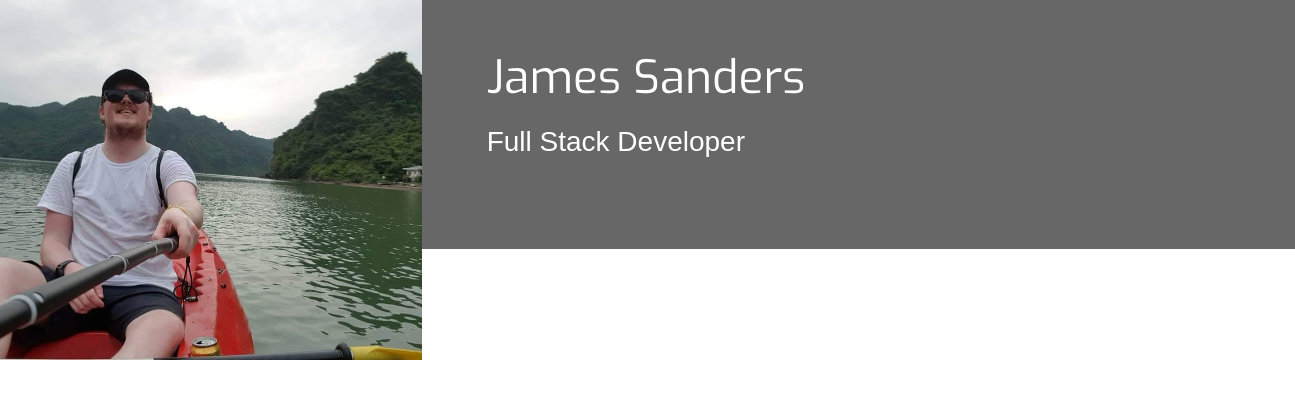
Repository: JaySanders95/my-online-resume
Page: index.html
These files come from the project's save history. The page is drawn as it stood at one moment and after the next save; the edit follows.
The browser window is 1280 px wide. The page is 1295 px wide, so the pictures cover 1295 px, including what lies to the right of the window. The pictures show the whole page.
Some web fonts or font styles are not loaded; a fallback is used. Some web libraries are served in a nearby version.

Above is the page before, as saved 2023-04-17 17:18:46.

### index.html
<!DOCTYPE html>
<html lang="en">
<head>
    <meta charset="UTF-8">
    <meta http-equiv="X-UA-Compatible" content="IE=edge">
    <meta name="viewport" content="width=device-width, initial-scale=1.0">
    <link rel="stylesheet" href="https://cdn.jsdelivr.net/npm/@fortawesome/fontawesome-free@6.2.1/css/fontawesome.min.css" integrity="sha384-QYIZto+st3yW+o8+5OHfT6S482Zsvz2WfOzpFSXMF9zqeLcFV0/wlZpMtyFcZALm" crossorigin="anonymous">
    <link rel="stylesheet" href="https://cdn.jsdelivr.net/npm/bootstrap@4.6.2/dist/css/bootstrap.min.css" integrity="sha384-xOolHFLEh07PJGoPkLv1IbcEPTNtaed2xpHsD9ESMhqIYd0nLMwNLD69Npy4HI+N" crossorigin="anonymous">
    <link rel="stylesheet" href="assets/css/style.css">
    <title>James Sanders' Resume</title>
</head>
<body>
    <header>
        <div class="row">
            <a href="index.html" class="col-md-4 logo">

            </a>
            <div class="col-md-8">
                <div class="row bg-color-name-title">
                    <div class="col heading">
                        <h1 class="name">James Sanders</h1>
                        <h2 class="title">Full Stack Developer</h2>

                    </div>
                </div>
                <div class="row">
                    <div class="col">
                        <ul id="nav" class="list-inline menucontainer">
                            <li class="col-6 col-sm-3 ui-menu-color-home list-inline-item">
                                <a href="#"><span>Home</span></a>
                            </li>
                            <li class="col-6 col-sm-3 ui-menu-color-resume list-inline-item">
                                <a href="#"><span>Resume</span></a>
                            </li>
                            <li class="col-6 col-sm-3 ui-menu-color-contact list-inline-item">
                                <a href="#"><span>Contact</span></a>
                            </li>
                            <li class="col-6 col-sm-3 ui-menu-color-download list-inline-item">
                                <a href="#"><span>Download</span></a>
                            </li>
                        </ul>
                    </div>
                </div>
            </div>
        </div>
    </header>
    <section>

    </section>
    <footer>

    </footer>
    <script src="https://kit.fontawesome.com/c80cd6a143.js" crossorigin="anonymous"></script>
</body>
</html>

### assets/css/style.css
@import url('https://fonts.googleapis.com/css2?family=Anuphan:100,200,300,400,500,600,700wght@300&family=Exo:100,200,300,400,500,600,700ital,wght@1,300&display=swap');
.bg-color-name-title {
    background-color:#676767;
}


.ui-menu-color-home {
    background-color: #e67e22;
}

.ui-menu-color-resume {
    background-color: #1e6900;
}

.ui-menu-color-contact {
    background-color: #035381;
}

.ui-menu-color-download {
    background-color: #202020;
}

header {
    margin: 0;
}

.heading {
    margin-left: 50px;
}

.logo {
    background: url(../images/me.png);
    background-position: center;
    background-repeat: no-repeat;
    background-size: cover;
    min-height: 360px;
    transition: all .5s ease-in-out;
    -moz-transition: all .5s ease-in-out;
    -webkit-transition: all .5s ease-in-out;
}

.name {
    font-family: 'Exo', sans-serif;
    font-weight: 100;
    font-size: 46px;
    margin-top: 50px;
    color: #fff;
}

.title {
    font-family: 'Anuphan', sans-serif;
    font-weight: 200;
    font-size: 28px;
    margin-top: 20px;
    margin-bottom: 90px;
    color: #fff;
}

.list-inline-item:not(:last-child) {
    margin: 0;
}

.menucontainer {
    font-size: 0;
}

After the next save:
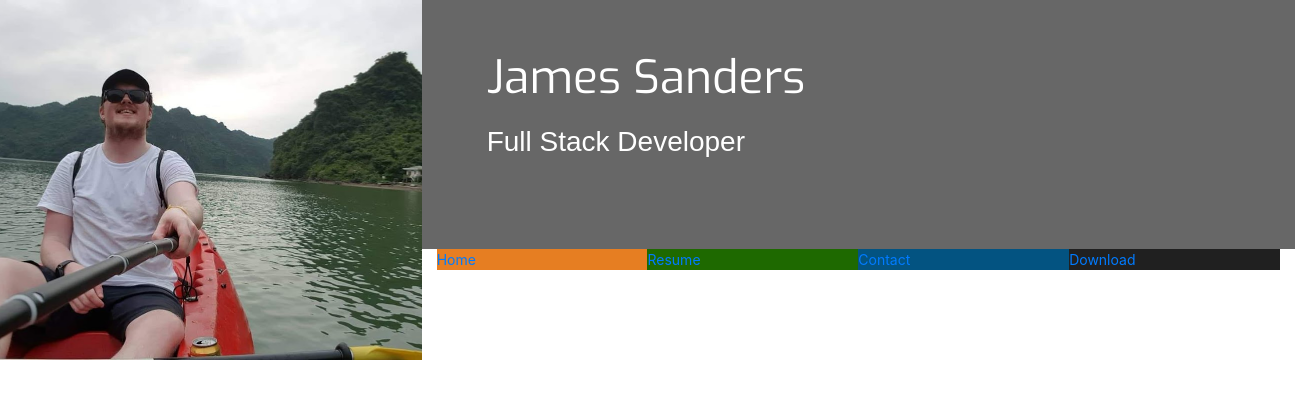
Saved 20 s later.
--- a/assets/css/style.css
+++ b/assets/css/style.css
@@ -63,3 +63,8 @@ header {
 .menucontainer {
     font-size: 0;
 }
+
+#nav li {
+    font-size: 14px;
+    padding: 0;
+}
